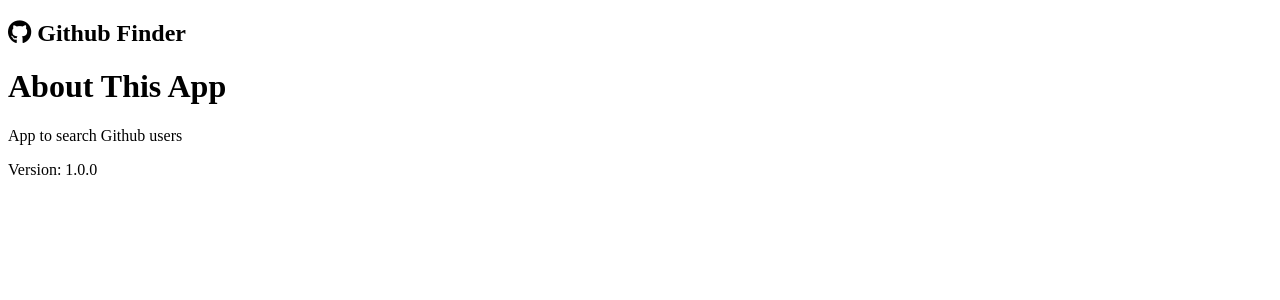
Repository: AbrorjonKuchkarov/GithubFinderReact
Page: /about
These files come from the project's save history. The page is drawn as it stood at one moment and after the next save; the edit follows.
The browser window is 1280 px wide. The pictures show the whole page.
The project was rebuilt for these pictures with package versions that can differ from the ones it lists, and the page was loaded fresh each time. Also part of the build but not shown: src/components/users/UserItem.js, src/components/layout/Spinner.js, src/components/users/Users.js, src/components/users/Search.js, src/components/layout/Alert.js, src/App.css.

Above is the page before, as saved 2022-01-10 16:58:30.

### public/index.html
<!DOCTYPE html>
<html lang="en">
  <head>
    <meta charset="utf-8" />
    <link rel="icon" href="%PUBLIC_URL%/favicon.ico" />
    <meta name="viewport" content="width=device-width, initial-scale=1" />
    <meta name="theme-color" content="#000000" />
    <link rel="stylesheet" href="https://cdnjs.cloudflare.com/ajax/libs/font-awesome/6.0.0-beta3/css/all.min.css">
    <meta
      name="description"
      content="Web site created using create-react-app"
    />
    <link rel="apple-touch-icon" href="%PUBLIC_URL%/logo192.png" />
    <link rel="manifest" href="%PUBLIC_URL%/manifest.json" />

    <title>Github Finder</title>
  </head>
  <body>
    <noscript>You need to enable JavaScript to run this app.</noscript>
    <div id="root"></div>

  </body>
</html>

### src/App.js
import React, { Component, Fragment } from 'react';
import { BrowserRouter as Router, Switch, Route } from 'react-router-dom';
import Navbar from './components/layout/Navbar';
import Users from './components/users/Users';
import Search from './components/users/Search';
import Alert from './components/layout/Alert';
import About  from './components/pages/About';
import './App.css';
import axios from 'axios';

 class App extends Component {
  state = {
    users: [],
    loading: false,
    alert: null
  }


  // Search Github Users
  searchUsers = async text =>{
    this.setState({loading: true})
    const res = await axios.get(`https://api.github.com/search/users?q=${text}&client_id=${process.env.REACT_APP_GITHUB_CLIENT_ID}&client_secret=${process.env.REACT_APP_GITHUB_CLIENT_SECRET}`);

      this.setState({users: res.data.items, loading: false})
  }

  //Clear Users
  clearUsers = () => {
    this.setState({users: [], loading: false});
  }

  //Set Alert
  setAlert = (msg, type) => {
    this.setState({alert: {msg, type}});

    setTimeout(() => this.setState({alert: null}), 2000)
  }

  render() {
    const {users, loading} = this.state;
    return (
      <Router>
          <div className='App'>
            <Navbar />
            <div className='container' >
            <Alert alert= {this.state.alert} />
            <Switch>
              <Route exact path='/' render={props => (
                <Fragment>
                  <Search
                    searchUsers={this.searchUsers}
                    clearUsers={this.clearUsers}
                    showClear={users.length > 0 ? true : false  }
                     setAlert={this.setAlert}
                   />
                  <Users users={users} loading={loading} />
              </Fragment>
              )} />
              <Route exact path='/about' component={About} />
            </Switch>
            </div>
          </div>
    </Router>
    )
  }
}


export default App;

### src/components/layout/Navbar.js
import React from 'react';
import PropTypes from 'prop-types'


const Navbar = ({icon, title}) => {

      return (
         <nav className='navbar bg-primary'>
            <h1>
               <i className={icon} /> {title}
               </h1>
         </nav>
      )
}


Navbar.defaultProps = {
   title: 'Github Finder',
   icon: 'fab fa-github'
}

Navbar.propTypes = {
   title: PropTypes.string.isRequired,
   icon: PropTypes.string.isRequired,
}

export default Navbar

### src/components/pages/About.js
import React, {Fragment} from 'react'

 const About = () => {
   return (
      <Fragment>
         <h1>About This App</h1>
         <p>App to search Github users</p>
         <p>Version: 1.0.0</p>
      </Fragment>
   )
}

export default About;

Loaded but not shown: src/index.js (common file)

After the next save:
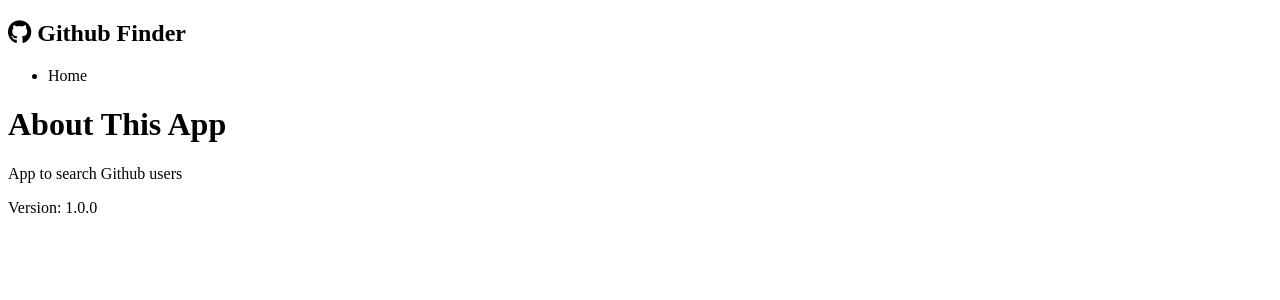
Saved 2 min 33 s later.
--- a/src/components/layout/Navbar.js
+++ b/src/components/layout/Navbar.js
@@ -1,4 +1,5 @@
 import React from 'react';
+import { Link } from 'react-router-dom';
 import PropTypes from 'prop-types'
 
 
@@ -8,7 +9,12 @@
          <nav className='navbar bg-primary'>
             <h1>
                <i className={icon} /> {title}
-               </h1>
+            </h1>
+            <ul>
+               <li>
+                  <Link to='/' /> Home
+               </li>
+            </ul>
          </nav>
       )
 }
